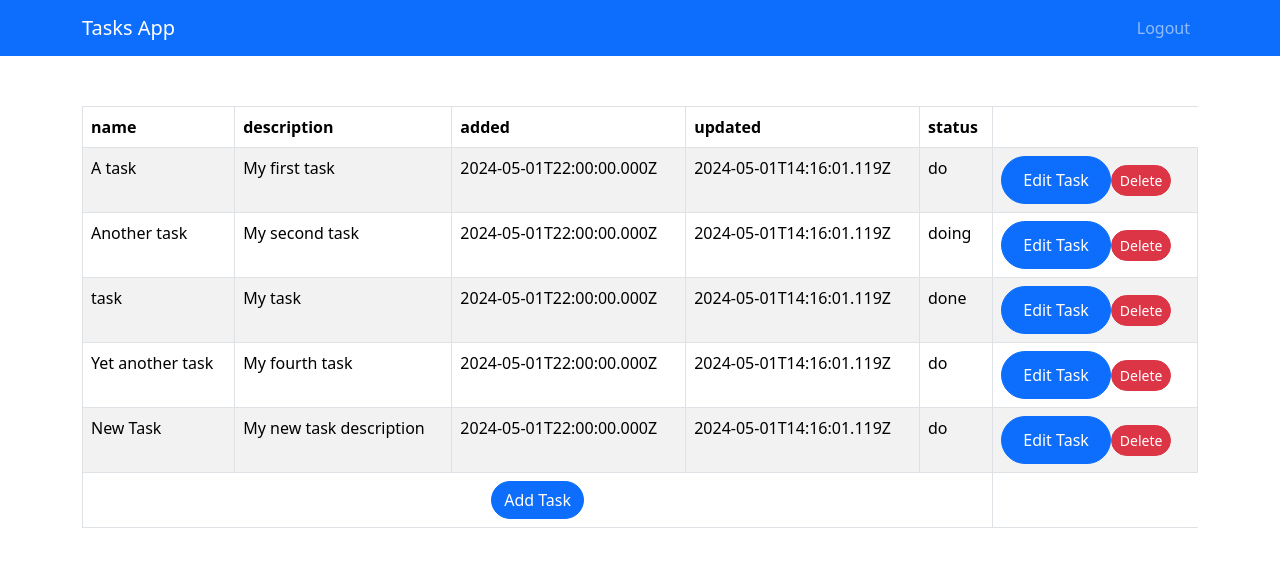
Repository: trider/react-task-manager
Page: /#/tasks
The author's editor kept a copy of each file at every save. The page is drawn from the files as they stood at one save, then again after the next save.
The browser window is 1280 px wide. The pictures show the whole page.
The project was rebuilt for these pictures with package versions that can differ from the ones it lists, and the page was loaded fresh each time. Also part of the build but not shown: src/App.css, src/data/_Users.js, src/pages/Login.js.

Above is the page before, as saved 2024-05-06 15:29:26.

After the next save:
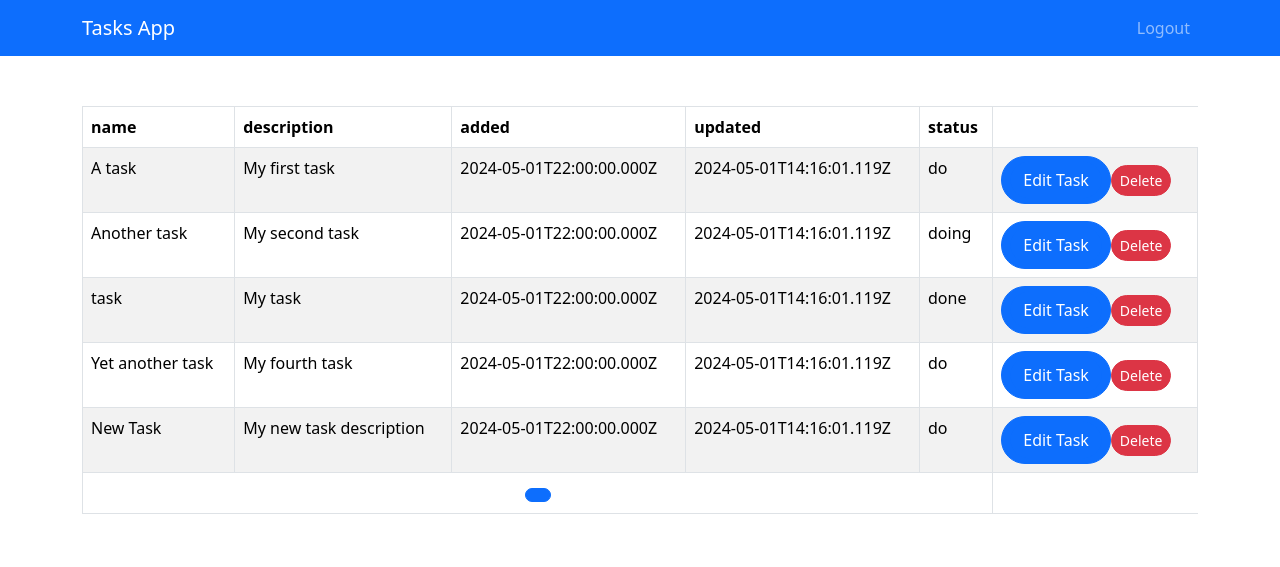
Saved 2 min 42 s later.
--- a/src/components/Modal.js
+++ b/src/components/Modal.js
@@ -2,9 +2,7 @@ import { useState } from 'react';
 import Button from 'react-bootstrap/Button';
 import Modal from 'react-bootstrap/Modal';
 
-const ModalComponent = ({
-  title='Add Task'
-}) => {
+const ModalComponent = (props) => {
   const [show, setShow] = useState(false);
 
   const handleClose = () => setShow(false);
@@ -12,12 +10,12 @@ const ModalComponent = ({
   return (
     <div>
       <Button variant="primary" onClick={handleShow} className='rounded-pill'>
-        {title}
+        {props.title}
       </Button>
 
       <Modal show={show} onHide={handleClose}>
         <Modal.Header closeButton>
-          <Modal.Title>{title}</Modal.Title>
+          <Modal.Title>{props.title}</Modal.Title>
         </Modal.Header>
         <Modal.Body>
           Woohoo, you are reading this text in a modal!
